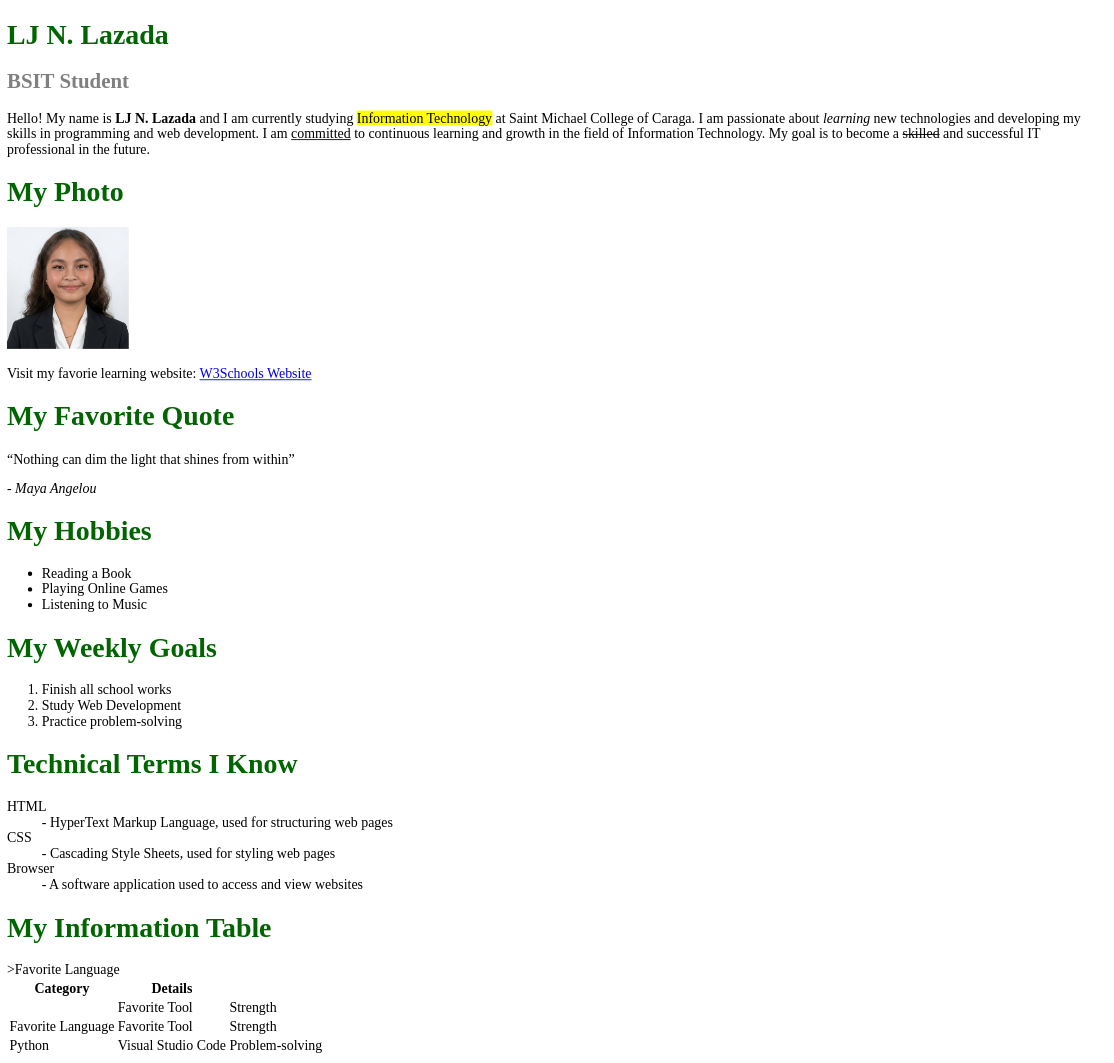
Repository: ljlazada11/myfirsthtml
Page: index.html
The author's editor kept a copy of each file at every save. The page is drawn from the files as they stood at one save, then again after the next save.
The browser window is 1280 px wide. The pictures show the whole page, at 87% of full size.

Above is the page before, as saved 2026-06-24 20:36:12.

After the next save:
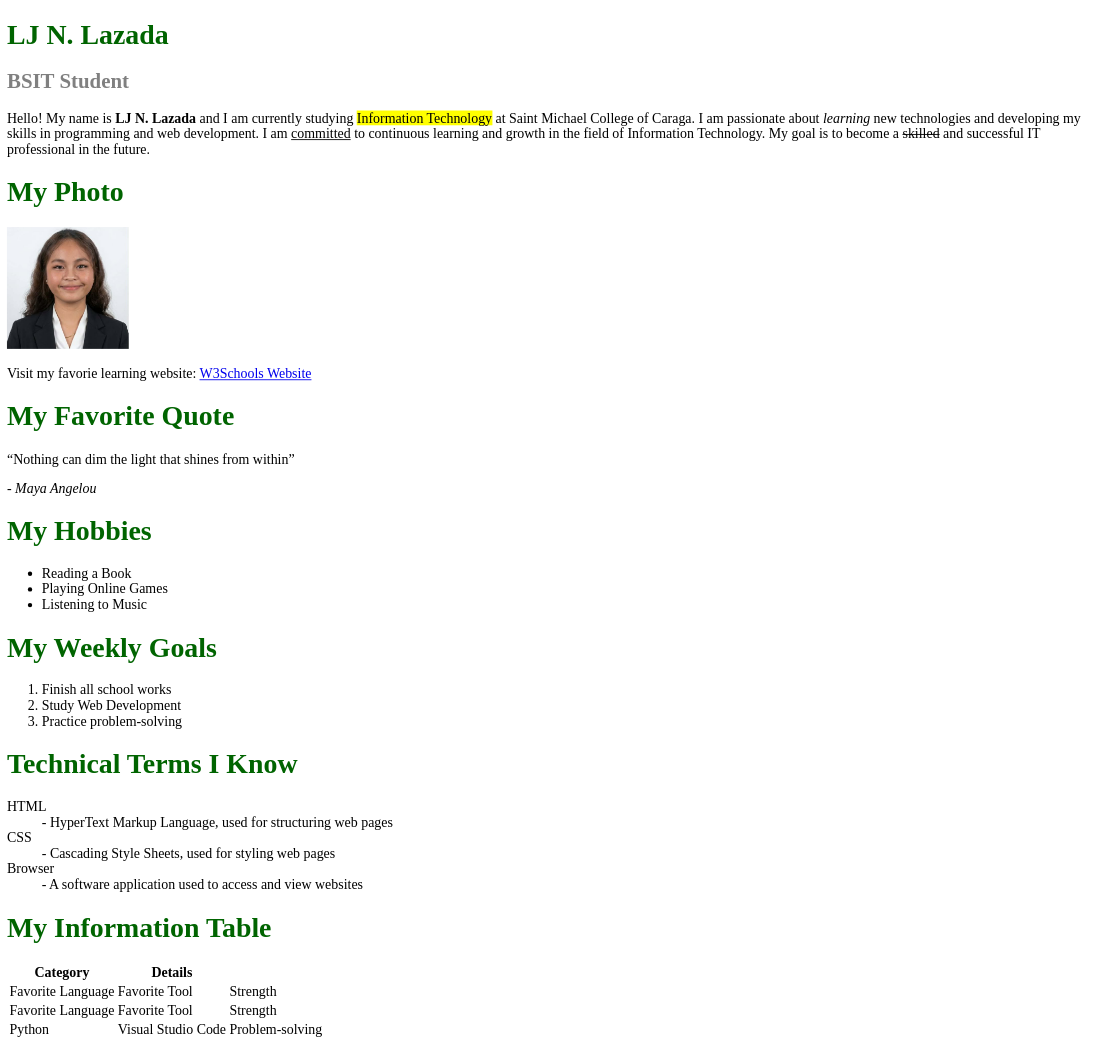
Saved 14 s later.
--- a/index.html
+++ b/index.html
@@ -51,7 +51,7 @@
     <th>Category</th>
     <th>Details</th>
   </tr>
-    <td></td>>Favorite Language</td>
+    <td>Favorite Language</td>
     <td>Favorite Tool</td>
     <td>Strength</td>
   <tr>
